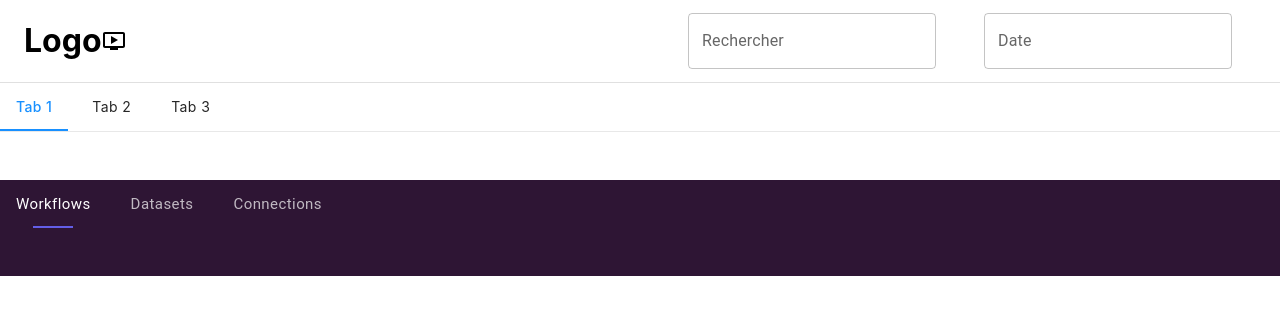
Repository: helmiz02/newproj
Page: /
An editor plug-in stored every save of this project. The page is shown before and after the next save, followed by the edit.
The browser window is 1280 px wide. The pictures show the whole page.
The project was rebuilt for these pictures with package versions that can differ from the ones it lists, and the page was loaded fresh each time. Also part of the build but not shown: src/App.css.

Above is the page before, as saved 2022-02-21 10:41:37.

### src/App.js

import { Divider } from '@mui/material';
import './App.css';
import Header from './component/header';
import Videos from './component/videos';

function App() {
  return (
    <div >
     <Header />
     <Divider />
     <Videos />
    </div>
  );
}

export default App;

### src/component/header/index.js
import OndemandVideoIcon from "@mui/icons-material/OndemandVideo";
import { TextField } from "@mui/material";
import "./style.css"

export default function Header() {
  return (
    <div className="headerContainer">
      <div className="displayStyle">
        <h1> Logo </h1>
        <OndemandVideoIcon />
      </div>

      <div className="displayStyle">
      <TextField fullWidth label="Rechercher" id="Rechercher" />
      <TextField fullWidth label="Date" id="Date" />
        {/* <DatePickerComponent /> */}

      </div>
    </div>
  );
}

### src/component/videos/index.js
import TabsComponent from "./tabsComponent";

export default function Videos() {
  return (
    <>
     <TabsComponent />
    </>
  );
}

### src/component/header/style.css
.headerContainer{
    display: flex;
    flex-direction: row;
    justify-content: space-between;
    align-items: center;
}

.displayStyle{
    display: flex;
    flex-direction: row;
    align-items: center;
    margin: 0 24px;
}

.css-wb57ya-MuiFormControl-root-MuiTextField-root{
    margin: 0 24px !important;
}

### src/component/videos/tabsComponent.js
import * as React from 'react';
import { styled } from '@mui/material/styles';
import Tabs from '@mui/material/Tabs';
import Tab from '@mui/material/Tab';
import Box from '@mui/material/Box';

const AntTabs = styled(Tabs)({
  borderBottom: '1px solid #e8e8e8',
  '& .MuiTabs-indicator': {
    backgroundColor: '#1890ff',
  },
});

const AntTab = styled((props) => <Tab disableRipple {...props} />)(({ theme }) => ({
  textTransform: 'none',
  minWidth: 0,
  [theme.breakpoints.up('sm')]: {
    minWidth: 0,
  },
  fontWeight: theme.typography.fontWeightRegular,
  marginRight: theme.spacing(1),
  color: 'rgba(0, 0, 0, 0.85)',
  fontFamily: [
    '-apple-system',
    'BlinkMacSystemFont',
    '"Segoe UI"',
    'Roboto',
    '"Helvetica Neue"',
    'Arial',
    'sans-serif',
    '"Apple Color Emoji"',
    '"Segoe UI Emoji"',
    '"Segoe UI Symbol"',
  ].join(','),
  '&:hover': {
    color: '#40a9ff',
    opacity: 1,
  },
  '&.Mui-selected': {
    color: '#1890ff',
    fontWeight: theme.typography.fontWeightMedium,
  },
  '&.Mui-focusVisible': {
    backgroundColor: '#d1eaff',
  },
}));

const StyledTabs = styled((props) => (
  <Tabs
    {...props}
    TabIndicatorProps={{ children: <span className="MuiTabs-indicatorSpan" /> }}
  />
))({
  '& .MuiTabs-indicator': {
    display: 'flex',
    justifyContent: 'center',
    backgroundColor: 'transparent',
  },
  '& .MuiTabs-indicatorSpan': {
    maxWidth: 40,
    width: '100%',
    backgroundColor: '#635ee7',
  },
});

const StyledTab = styled((props) => <Tab disableRipple {...props} />)(
  ({ theme }) => ({
    textTransform: 'none',
    fontWeight: theme.typography.fontWeightRegular,
    fontSize: theme.typography.pxToRem(15),
    marginRight: theme.spacing(1),
    color: 'rgba(255, 255, 255, 0.7)',
    '&.Mui-selected': {
      color: '#fff',
    },
    '&.Mui-focusVisible': {
      backgroundColor: 'rgba(100, 95, 228, 0.32)',
    },
  }),
);

export default function TabsComponent() {
  const [value, setValue] = React.useState(0);

  const handleChange = (event, newValue) => {
    setValue(newValue);
  };

  return (
    <Box sx={{ width: '100%' }}>
      <Box sx={{ bgcolor: '#fff' }}>
        <AntTabs value={value} onChange={handleChange} aria-label="ant example">
          <AntTab label="Tab 1" />
          <AntTab label="Tab 2" />
          <AntTab label="Tab 3" />
        </AntTabs>
        <Box sx={{ p: 3 }} />
      </Box>
      <Box sx={{ bgcolor: '#2e1534' }}>
        <StyledTabs
          value={value}
          onChange={handleChange}
          aria-label="styled tabs example"
        >
          <StyledTab label="Workflows" />
          <StyledTab label="Datasets" />
          <StyledTab label="Connections" />
        </StyledTabs>
        <Box sx={{ p: 3 }} />
      </Box>
    </Box>
  );
}

Loaded but not shown: public/index.html (common file); src/index.js (common file); src/index.css (common file); src/reportWebVitals.js (common file)

After the next save:
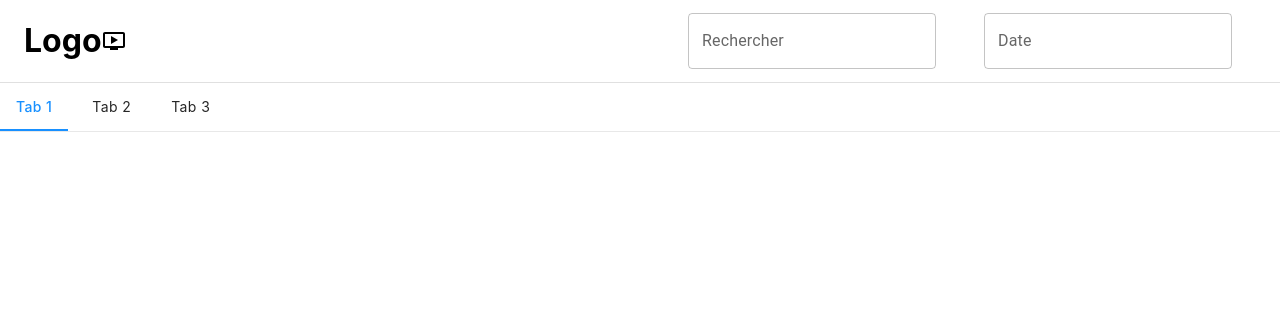
Saved 16 s later.
--- a/src/component/videos/tabsComponent.js
+++ b/src/component/videos/tabsComponent.js
@@ -96,18 +96,7 @@ export default function TabsComponent() {
         </AntTabs>
         <Box sx={{ p: 3 }} />
       </Box>
-      <Box sx={{ bgcolor: '#2e1534' }}>
-        <StyledTabs
-          value={value}
-          onChange={handleChange}
-          aria-label="styled tabs example"
-        >
-          <StyledTab label="Workflows" />
-          <StyledTab label="Datasets" />
-          <StyledTab label="Connections" />
-        </StyledTabs>
-        <Box sx={{ p: 3 }} />
-      </Box>
+
     </Box>
   );
 }
